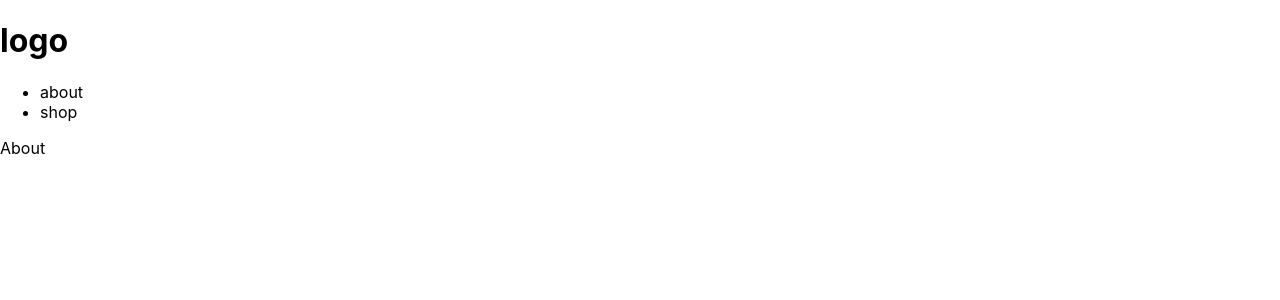
Repository: AstriaFinance/AstriaMvp
Page: /about
These files come from the project's save history. The page is drawn as it stood at one moment and after a run of saves; the edit follows.
The browser window is 1280 px wide. The pictures show the whole page.
The project was rebuilt for these pictures with package versions that can differ from the ones it lists, and the page was loaded fresh each time. Also part of the build but not shown: src/components/Shop.jsx, src/components/ErrorPage.jsx.

Above is the page before, as saved 2022-06-20 20:45:30.

### src/App.js
import {Nav, Shop, About, ErrorPage} from "./components"
import {BrowserRouter as Router,Routes, Route} from"react-router-dom"
function App() {
  return (
    <Router>
    <div>
      <Nav/>
      <Routes>
      <Route path="/about" element={<About/>}/>
      <Route path="/shop" element={<Shop/>}/>
      <Route path="*" element={<ErrorPage/>}/>
   </Routes>

    </div>
    </Router>
  );
}

export default App;

### src/components/index.js
export{default as About} from "./About"
export{default as Nav} from "./Nav"
export{default as Shop} from "./Shop"
export {default as ErrorPage} from "./ErrorPage"

### src/components/Nav.jsx
import React from 'react'

const Nav = () => {
  return (
    <div>
        <h1>logo</h1>
        <ul>
            <li>about</li>
            <li>shop</li>
        </ul>
    </div>
  )
}

export default Nav

Loaded but not shown: public/index.html (common file); src/index.js (common file); src/index.css (common file); src/reportWebVitals.js (common file); src/components/About.jsx (common file)

After the next 3 saves:
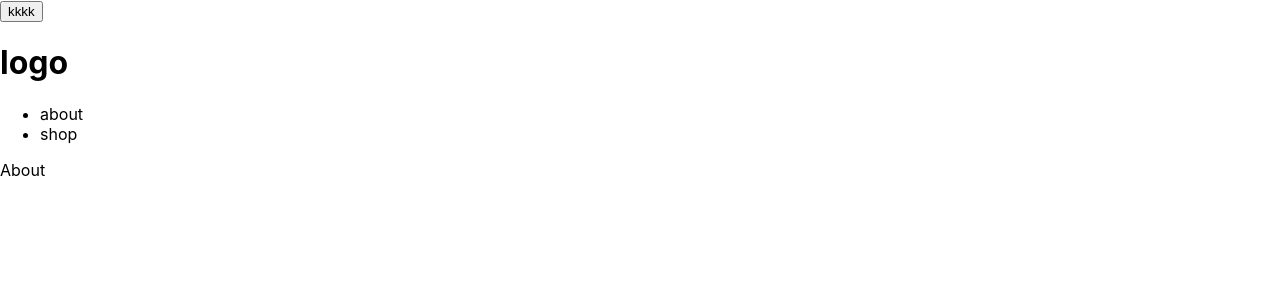
The 3 saves are shown as one change because 2 did not build or start.
The last was saved 4 min 25 s later.
--- a/src/App.js
+++ b/src/App.js
@@ -1,11 +1,14 @@
 import {Nav, Shop, About, ErrorPage} from "./components"
-import {BrowserRouter as Router,Routes, Route} from"react-router-dom"
+import {BrowserRouter as Router,Routes, Route, Link} from"react-router-dom"
 function App() {
   return (
     <Router>
     <div>
+      <button>kkkk</button>
       <Nav/>
+
       <Routes>
+
       <Route path="/about" element={<About/>}/>
       <Route path="/shop" element={<Shop/>}/>
       <Route path="*" element={<ErrorPage/>}/>
